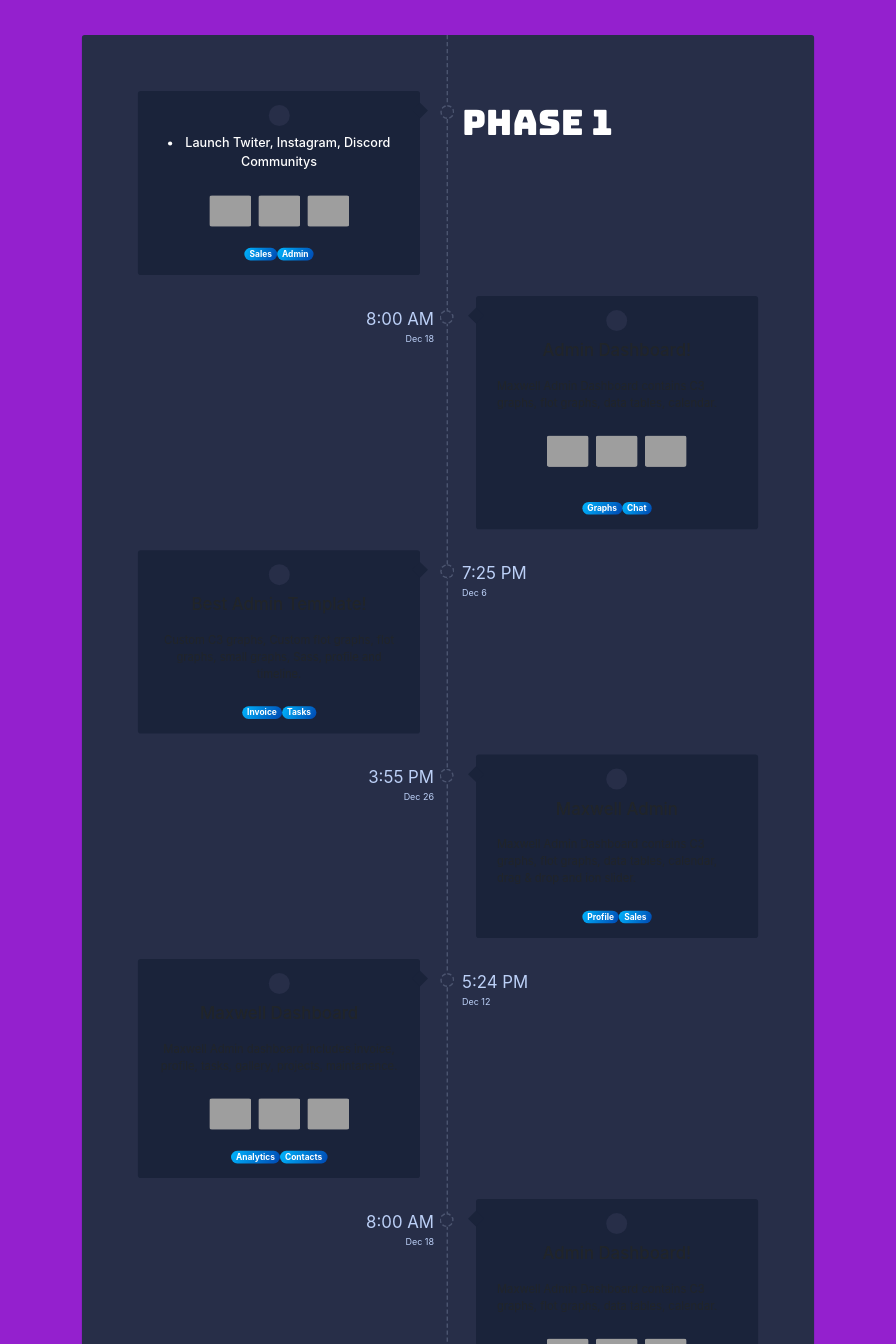
Repository: danishmahmoodawan/Pakalolo_buzz
Page: /
An editor plug-in stored every save of this project. The page is shown before and after the next save, followed by the edit.
The browser window is 1280 px wide. The pictures show the part of the page from y = 2870 to 4790 px (the page is 6626 px tall before and 6788 px after), at 70% of full size.
Pictures or frames that could not be fetched are drawn as grey boxes. The project was rebuilt for these pictures with package versions that can differ from the ones it lists, and the page was loaded fresh each time. Also part of the build but not shown: craco.config.js.

Above is the page before, as saved 2022-04-29 02:15:46.

After the next save:
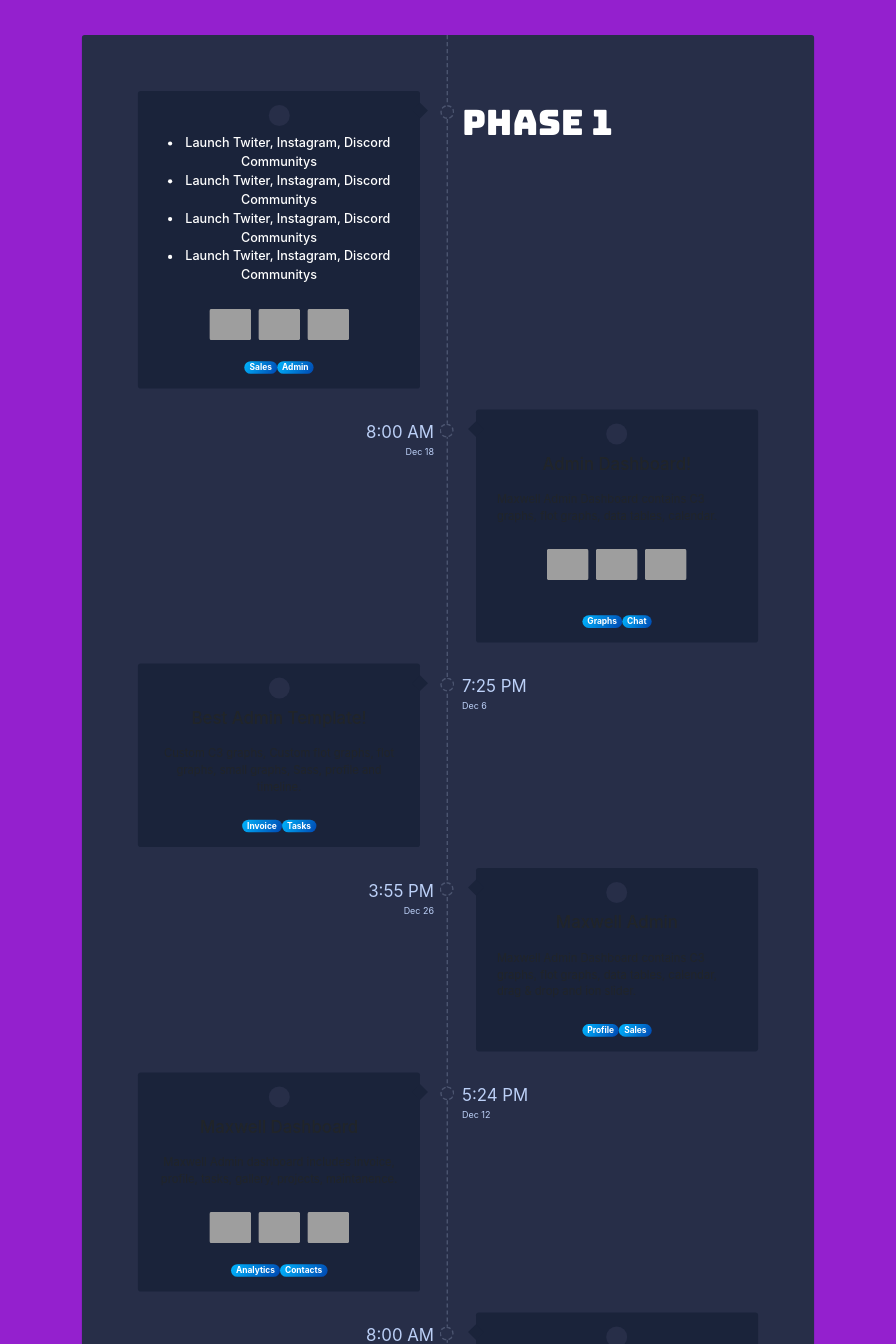
Saved 14 s later.
--- a/src/pages/Home.js
+++ b/src/pages/Home.js
@@ -183,6 +183,10 @@
 				<i class="icon-attachment"></i>
 				<p class="timeline_phase">
                 <li>Launch Twiter, Instagram, Discord Communitys</li>
+                <li>Launch Twiter, Instagram, Discord Communitys</li>
+                <li>Launch Twiter, Instagram, Discord Communitys</li>
+                <li>Launch Twiter, Instagram, Discord Communitys</li>
+
                 </p>
 				<div class="thumbs">
 					<img class="img-fluid rounded" src="https://bootdey.com/img/Content/avatar/avatar1.png" alt="Maxwell Admin" />
